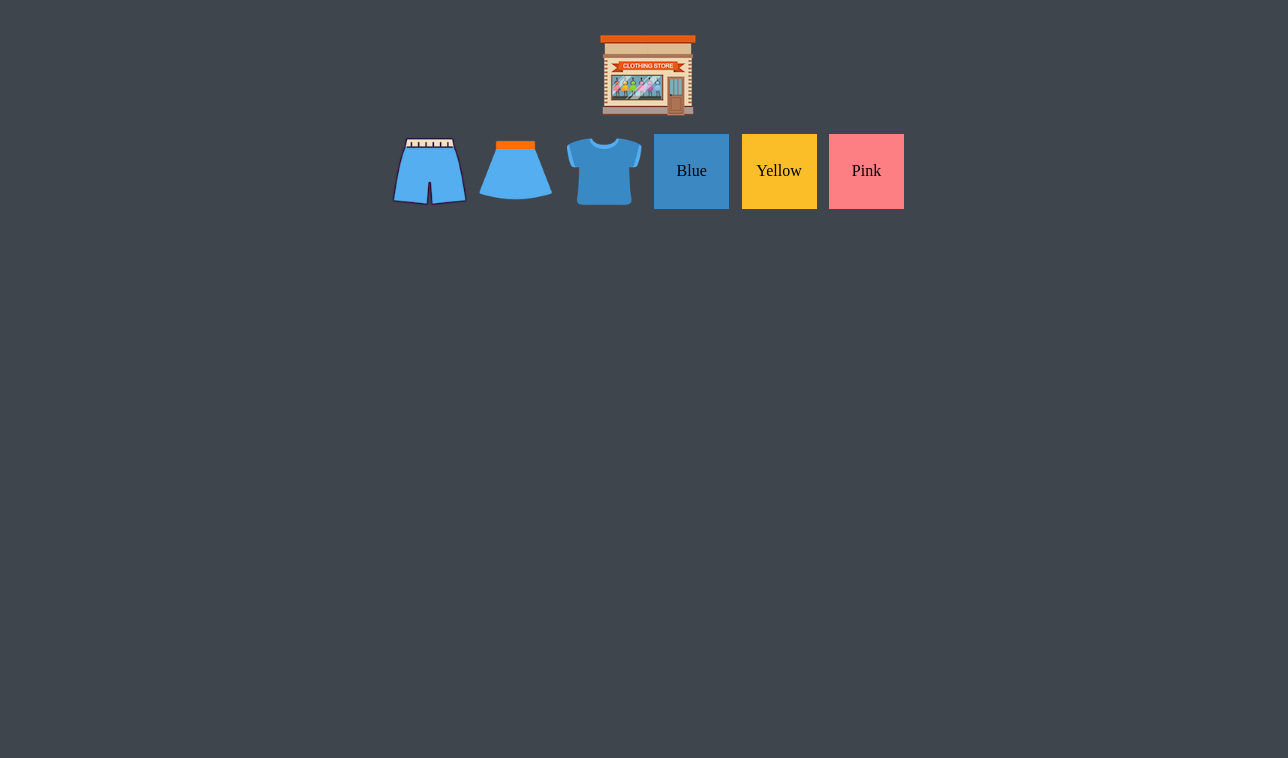
Repository: Jay-JYKim91/elle-shopping-mall
Page: index.html
These files come from the project's save history. The page is drawn as it stood at one moment and after the next save; the edit follows.
The browser window is 1280 px wide. The page is 1288 px wide, so the pictures cover 1288 px, including what lies to the right of the window. The pictures show the whole page.

Above is the page before, as saved 2021-07-26 19:35:55.

### index.html
<!DOCTYPE html>
<html lang="en">
  <head>
    <meta charset="UTF-8" />
    <meta name="viewport" content="width=device-width, initial-scale=1.0" />
    <title>Online Shopping</title>
    <link rel="stylesheet" href="style.css" />
    <script src="src/main.js" defer></script>
  </head>
  <body>
    <div class="container">
      <div class="logo">
        <img src="./img/logo.png" alt="logo">
      </div>
      <div class="options">
        <img src="./img/blue_p.png" alt="">
        <img src="./img/blue_s.png" alt="">
        <img src="./img/blue_t.png" alt="">
        <div class="color-box blue"><p>Blue</p></div>
        <div class="color-box yellow"><p>Yellow</p></div>
        <div class="color-box pink"><p>Pink</p></div>
      </div>
      <div class="lists">

      </div>
    </div>
  </body>
</html>

### style.css
:root {
  /* color */
  --color-black: #3f454d;
  --color-white: #ffffff;
  --color-blue: #3b88c3;
  --color-yellow: #fbbe28;
  --color-pink: #fd7f84;
  --color-light-grey: #dfdfdf;
}

* {
  box-sizing: border-box;
}
body {
  background-color: var(--color-black);
  height: 100vh;
  width: 100vw;
}
.container {
  text-align: center;
  width: 40vw;
  height: 70vh;
  margin: 30px auto;
}
.options {
  display: flex;
  justify-content: space-between;
}
.options img {
  width: 75px;
  height: 75px;
}
.color-box {
  width: 75px;
  height: 75px;
  text-align: center;
}
.color-box p {
  margin: 28px 0;
}
.blue {
  background-color: var(--color-blue);
}
.yellow {
  background-color: var(--color-yellow);
}
.pink {
  background-color: var(--color-pink);
}
.lists {
  overflow-y: scroll;
}

Loaded but not shown: src/main.js (no copy from this time; the picture is the same without it)

After the next save:
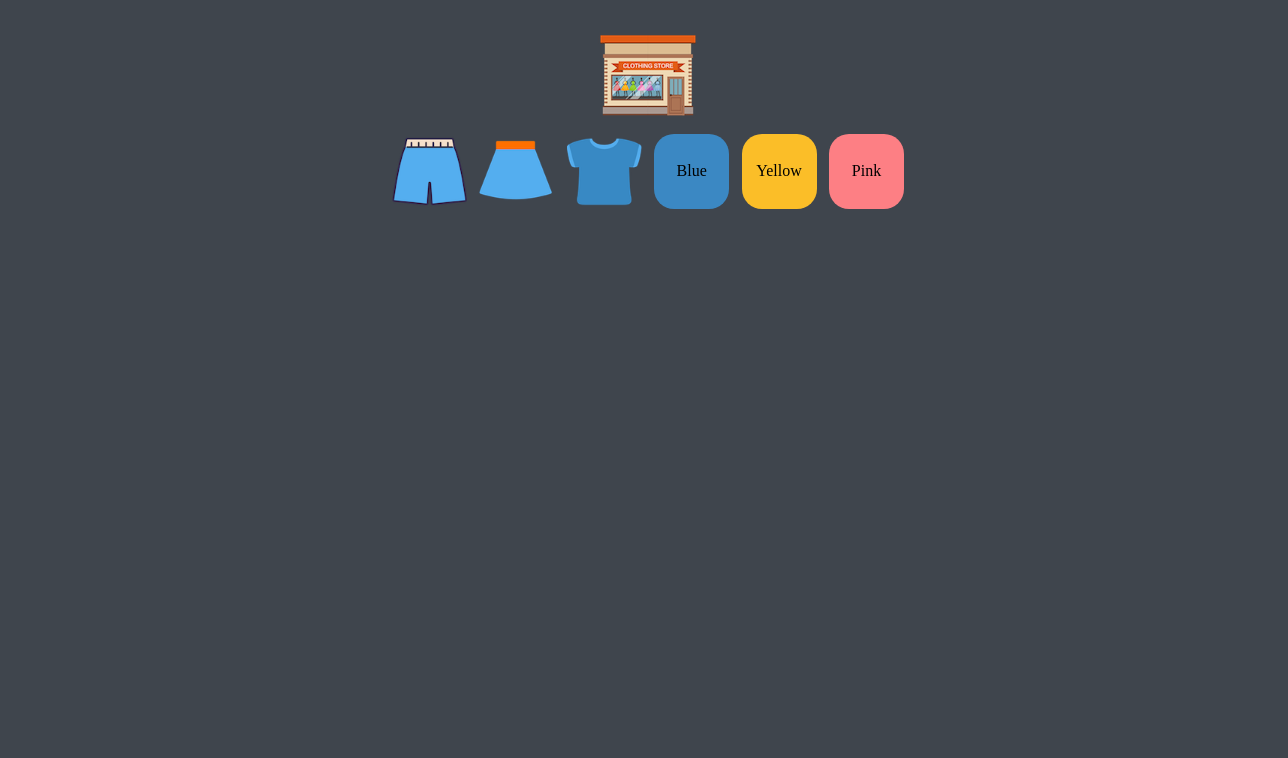
Saved 20 s later.
--- a/style.css
+++ b/style.css
@@ -34,6 +34,7 @@ body {
   width: 75px;
   height: 75px;
   text-align: center;
+  border-radius: 20px;
 }
 .color-box p {
   margin: 28px 0;
